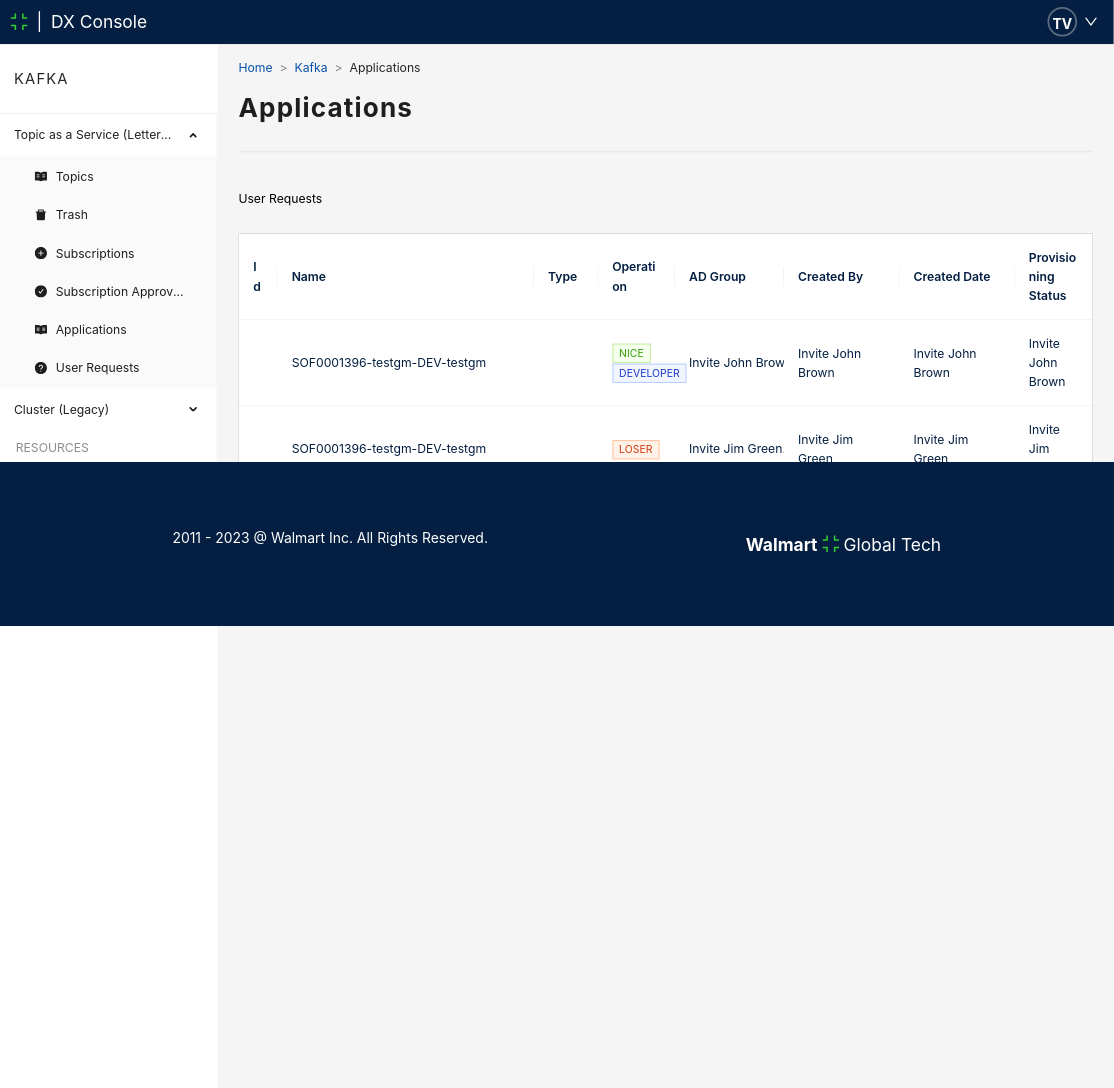
Repository: Qianying-Chai/kafka
Page: /kafka/requests
These files come from the project's save history. The page is drawn as it stood at one moment and after the next save; the edit follows.
The browser window is 1280 px wide. The pictures show the whole page, at 87% of full size.
The project was rebuilt for these pictures with package versions that can differ from the ones it lists, and the page was loaded fresh each time. Also part of the build but not shown: src/pages/Components/ComponentsInput.jsx, src/pages/Taas/Topics/Topics.jsx, src/pages/Taas/Trash/Style/Trash.css, src/pages/Taas/Trash/Trash.jsx, src/pages/Taas/SubscriptionApprovals/SubscriptionApprovals.jsx, src/pages/Taas/Subscriptions/SubscriptionsNonProxy/SubscriptionsNonProxy.jsx, src/pages/Taas/Subscriptions/SubscriptionsProxy/SubscriptionsProxy.jsx, src/pages/Taas/Applications/Applications.jsx and 7 more.

Above is the page before, as saved 2024-01-12 22:51:47.

### src/index.js
import React from "react";
import ReactDOM from "react-dom/client";
import App from "./App";
import { BrowserRouter } from "react-router-dom";
import { Provider } from "react-redux";
import store from "../src/redux/store";
import "./style/index.css";

const root = ReactDOM.createRoot(document.getElementById("root"));
root.render(
  <Provider store={store}>
    <BrowserRouter>
      <App />
    </BrowserRouter>
  </Provider>
);

### src/App.js
import Header from "./pages/common/Header";
import Sider from "./pages/common/Sider.jsx";
import categoryConstants from "./pages/common/categoryConstants";
import Topics from "./pages/Taas/Topics/Topics";
import Trash from "./pages/Taas/Trash/Trash";
import SubscriptionApprovals from "./pages/Taas/SubscriptionApprovals/SubscriptionApprovals";
import SubscriptionsNonProxy from "./pages/Taas/Subscriptions/SubscriptionsNonProxy/SubscriptionsNonProxy";
import SubscriptionsProxy from "./pages/Taas/Subscriptions/SubscriptionsProxy/SubscriptionsProxy";
import Applications from "./pages/Taas/Applications/Applications";
import UserRequests from "./pages/Taas/UserRequests/UserRequests";
import Clusters from "./pages/Cluster/Clusters";
import MigratedClusters from "./pages/Cluster/MigratedClusters";
import Subscription from "./pages/Cluster/Subscription";
import UserRequestsLegacy from "./pages/Cluster/UserRequestsLegacy";
import Support from "./pages/Resources/Support";
import Footer from "./pages/common/Footer";
import { Routes, Route } from "react-router-dom";
import { Layout } from "antd";

function App() {
  return (
    <div className="App">
      <Layout>
        <Header />
        <Layout>
          <Sider />
          <Layout
            style={{
              padding: "0 24px 24px",
              height: "fit-content",
            }}
          >
            <Routes>
              <Route
                path={`kafka/${categoryConstants.TOPICS.toLowerCase()}`}
                element={<Topics />}
              />
              <Route
                path={`kafka/${categoryConstants.TRASH.toLowerCase()}`}
                element={<Trash />}
              />
              <Route
                path={`kafka/${categoryConstants.SUBSCRIPTIONS.toLowerCase()}_active_tab=nonProxy`}
                element={<SubscriptionsNonProxy />}
              />
              <Route
                path={`kafka/${categoryConstants.SUBSCRIPTIONS.toLowerCase()}_active_tab=proxy`}
                element={<SubscriptionsProxy />}
              />
              <Route
                path={`kafka/subscriptionRequests`}
                element={<SubscriptionApprovals />}
              />
              <Route
                path={`kafka/${categoryConstants.APPLICATIONS.toLowerCase()}`}
                element={<Applications />}
              />
              <Route path={`kafka/requests`} element={<UserRequests />} />
              <Route
                path={`kafka/${categoryConstants.CLUSTERS.toLowerCase()}`}
                element={<Clusters />}
              />
              <Route
                path={`kafka/mps-clusters-subscriptions`}
                element={<MigratedClusters />}
              />
              <Route
                path={`kafka/${categoryConstants.SUBSCRIPTION.toLowerCase()}`}
                element={<Subscription />}
              />
              <Route
                path={`kafka/legacy-requests`}
                element={<UserRequestsLegacy />}
              />
              <Route
                path={`kafka/${categoryConstants.SUPPORT.toLowerCase()}`}
                element={<Support />}
              />
            </Routes>
          </Layout>
        </Layout>
        <Footer />
      </Layout>
    </div>
  );
}

export default App;

### src/redux/store.jsx
import { configureStore } from "@reduxjs/toolkit";
import reducer from "./reducer";
const store = configureStore({ reducer: reducer });
export default store;

### src/pages/common/Header.jsx
import React from "react";
import "./Style/Header.css";
import { CompressOutlined, UpOutlined, DownOutlined } from "@ant-design/icons";
import { Layout } from "antd";
import { useState } from "react";
const Header = () => {
  const [login, setLogin] = useState(true);

  return (
    <Layout>
      <Layout.Header className="header">
        <div className="header-content-left">
          <CompressOutlined className="header-left-icon" />
          <span className="header-left-divider">|</span>
          <span className="header-left-dx-console">DX Console </span>
        </div>
        <div className="header-content-right">
          <div className="user">
            <div className="user-icon">TV</div>
            {login ? (
              <DownOutlined
                className="login-button"
                onClick={() => {
                  setLogin((state) => !state);
                }}
              />
            ) : (
              <UpOutlined
                className="logout-button"
                onClick={() => {
                  setLogin((state) => !state);
                }}
              />
            )}
          </div>
          <div
            className="logout-pop-up"
            style={{
              display: login ? "none" : "block",
            }}
          >
            LOGOUT
          </div>
        </div>
      </Layout.Header>
    </Layout>
  );
};
export default Header;

### src/pages/common/Sider.jsx
import React from "react";
import { Link } from "react-router-dom";
import "./Style/Sider.css";
import {
  ReadFilled,
  DeleteFilled,
  PlusCircleFilled,
  CheckCircleFilled,
  QuestionCircleFilled,
  HddFilled,
  SettingFilled,
} from "@ant-design/icons";
import { Layout, Menu, theme, ConfigProvider } from "antd";
import categoryConstants from "./categoryConstants";

const Sider = () => {
  const {
    token: { colorBgContainer },
  } = theme.useToken();

  const items = [
    {
      key: "Topic as a Service (Lettera)",
      label: "Topic as a Service (Lettera)",
      children: [
        {
          key: "Topics",
          label: (
            <Link to={`kafka/${categoryConstants.TOPICS.toLowerCase()}`}>
              {categoryConstants.TOPICS}
            </Link>
          ),
          icon: React.createElement(ReadFilled),
        },
        {
          key: "Trash",
          label: (
            <Link to={`kafka/${categoryConstants.TRASH.toLowerCase()}`}>
              {categoryConstants.TRASH}
            </Link>
          ),
          icon: React.createElement(DeleteFilled),
        },
        {
          key: "Subscriptions",
          label: (
            <Link
              to={`kafka/${categoryConstants.SUBSCRIPTIONS.toLowerCase()}_active_tab=nonProxy`}
            >
              {categoryConstants.SUBSCRIPTIONS}
            </Link>
          ),
          icon: React.createElement(PlusCircleFilled),
        },
        {
          key: "Subscription Approvals",
          label: (
            <Link to={`kafka/subscriptionRequests`}>
              {categoryConstants.SUBSCRIPTIONS_APPROVALS.replace("_", " ")}
            </Link>
          ),
          icon: React.createElement(CheckCircleFilled),
        },
        {
          key: "Applications",
          label: (
            <Link to={`kafka/${categoryConstants.APPLICATIONS.toLowerCase()}`}>
              {categoryConstants.APPLICATIONS}
            </Link>
          ),
          icon: React.createElement(ReadFilled),
        },
        {
          key: "User Requests",
          label: (
            <Link to={`kafka/requests`}>
              {categoryConstants.USER_REQUESTS.replace("_", " ")}
            </Link>
          ),
          icon: React.createElement(QuestionCircleFilled),
        },
      ],
    },
    {
      label: <div>Cluster (Legacy)</div>,
      key: "Cluster (Legacy)",
      children: [
        {
          key: "Clusters",
          label: (
            <Link to={`kafka/${categoryConstants.CLUSTERS.toLowerCase()}`}>
              {categoryConstants.CLUSTERS}
            </Link>
          ),
          icon: React.createElement(HddFilled),
        },
        {
          key: "Migrated Clusters",
          label: (
            <Link to={`kafka/mps-clusters-subscriptions`}>
              {categoryConstants.MIGRATED_CLUSTERS.replace("_", " ")}
            </Link>
          ),
          icon: React.createElement(HddFilled),
        },
        {
          key: "Subscription",
          label: (
            <Link to={`kafka/${categoryConstants.SUBSCRIPTION.toLowerCase()}`}>
              {categoryConstants.SUBSCRIPTION}
            </Link>
          ),
          icon: React.createElement(PlusCircleFilled),
        },
        {
          key: "User Requests (Legacy)",
          label: (
            <Link to={`kafka/legacy-requests`}>User Requests (Legacy)</Link>
          ),
          icon: React.createElement(QuestionCircleFilled),
        },
      ],
    },
    {
      label: <div>RESOURCES</div>,
      type: "group",
      key: "RESOURCES",
      children: [
        {
          key: "Supprot",
          label: (
            <Link to={`kafka/${categoryConstants.SUPPORT.toLowerCase()}`}>
              {categoryConstants.SUPPORT}
            </Link>
          ),
          icon: React.createElement(SettingFilled),
        },
      ],
    },
  ];

  return (
    <ConfigProvider
      theme={{
        components: {
          Menu: {
            itemHoverBg: "",
            itemHoverColor: "#1890ff",
            padding: 30,
          },
          Tabs: {
            inkBarColor: "rgb(4, 31, 65)",
          },
        },
      }}
    >
      <Layout.Sider
        className="sider"
        width={"250px"}
        style={{
          background: colorBgContainer,
        }}
      >
        <div className="slider-top">
          <span className="slider-top-content">KAFKA</span>
        </div>
        <div
          style={{
            marginLeft: "-12px",
          }}
        >
          <div></div>
          <Menu
            mode="inline"
            items={items}
            defaultOpenKeys={["Topic as a Service (Lettera)", "RESOURCES"]}
            style={{
              color: "#041f41",
            }}
          />
        </div>
      </Layout.Sider>
    </ConfigProvider>
  );
};
export default Sider;

### src/pages/common/categoryConstants.jsx
const categoryConstants = {
  TOPICS: "Topics",
  TRASH: "Trash",
  SUBSCRIPTIONS: "Subscriptions",
  SUBSCRIPTIONS_APPROVALS: "Subscription Approvals",
  APPLICATIONS: "Applications",
  USER_REQUESTS: "User Requests",
  CLUSTERS: "Clusters",
  MIGRATED_CLUSTERS: "Migrated Clusters",
  SUBSCRIPTION: "Subscription",
  USERE_REQUESTS_LEGACY: "User Requests Legacy",
  SUPPORT: "Support",
};

export default categoryConstants;

### src/pages/Taas/UserRequests/UserRequests.jsx
import React from "react";
import ComponentsContent from "../../Components/ComponentsContent";

import ComponentsTable from "../../Components/ComponentsTable";
import ComponentsInput from "../../Components/ComponentsInput";
import ComponentsPagination from "../../Components/ComponentsPagination";
import categoryConstants from "../../common/categoryConstants";
import ComponentsTitle from "../../Components/ComponentsTitle";
import ComponentsBreadcrumb from "../../Components/ComponentsBreadcrumb";

import { Space, Tag } from "antd";

const UserRequests = () => {
  const columns = [
    {
      title: "Id",
      dataIndex: "Id",
      key: "Id",
      width: "6%",
      render: (text) => <a>{text}</a>,
    },
    {
      title: "Name",
      dataIndex: "Name",
      key: "Name",
      width: "40%",
      render: (_, record) => (
        <Space size="middle">
          <a> SOF0001396-testgm-DEV-testgm</a>
        </Space>
      ),
    },
    {
      title: "Type",
      dataIndex: "Type",
      key: "Type",
      width: "10%",
    },
    {
      title: "Operation",
      key: "Operation",
      dataIndex: "Operation",
      width: "12%",
      render: (_, { tags }) => (
        <>
          {tags.map((tag) => {
            let color = tag.length > 5 ? "geekblue" : "green";
            if (tag === "loser") {
              color = "volcano";
            }
            return (
              <Tag color={color} key={tag}>
                {tag.toUpperCase()}
              </Tag>
            );
          })}
        </>
      ),
    },
    {
      title: "AD Group",
      key: "AD Group",
      width: "17%",
      ellipsis: true,
      render: (_, record) => (
        <Space size="middle">
          <a>Invite {record.name}</a>
        </Space>
      ),
    },
    {
      title: "Created By",
      key: "Created By",
      width: "18%",
      render: (_, record) => (
        <Space size="middle">
          <a>Invite {record.name}</a>
        </Space>
      ),
    },
    {
      title: "Created Date",
      key: "Created Date",
      width: "18%",

      render: (_, record) => (
        <Space size="middle">
          <a>Invite {record.name}</a>
        </Space>
      ),
    },
    {
      title: "Provisioning Status",
      key: "Provisioning Status",
      width: "12%",
      render: (_, record) => (
        <Space size="middle">
          <a>Invite {record.name}</a>
        </Space>
      ),
    },
  ];
  const data = [
    {
      key: "1",
      name: "John Brown",
      age: 32,
      address: "New York No. 1 Lake Park",
      tags: ["nice", "developer"],
    },
    {
      key: "2",
      name: "Jim Green",
      age: 42,
      address: "London No. 1 Lake Park",
      tags: ["loser"],
    },
    {
      key: "3",
      name: "Joe Black",
      age: 32,
      address: "Sydney No. 1 Lake Park",
      tags: ["cool", "teacher"],
    },
  ];
  return (
    <>
      <div>
        <ComponentsBreadcrumb
          items={[
            {
              title: "Home",
            },
            {
              title: "Kafka",
            },
            {
              title: "Applications",
            },
          ]}
        />
        <div className="content-banner">
          <ComponentsTitle title={categoryConstants.APPLICATIONS} />
        </div>
      </div>
      {/* <ComponentsTi title={categoryConstants.USER_REQUESTS}> */}
      <p className="content-text">User Requests</p>
      <ComponentsTable columns={columns} data={data} />
      <ComponentsPagination defaultPageSize={25} total={25} />
      {/* </ComponentsTi> */}
    </>
  );
};
export default UserRequests;

### src/pages/common/Footer.jsx
import React from "react";
import { Layout } from "antd";
import { CompressOutlined } from "@ant-design/icons";
import "./Style/Footer.css";

const Footer = () => {
  return (
    <Layout.Footer className="footer">
      <div className="footer-text-left">
        2011 - 2023 @ Walmart Inc. All Rights Reserved.
      </div>
      <div className="footer-text-right">
        <span className="footer-text-right-walmart">Walmart</span>
        <CompressOutlined className="footer-icon" />
        <span className="footer-text-right-global-tech">Global Tech</span>
      </div>
    </Layout.Footer>
  );
};

export default Footer;

### src/redux/reducer.jsx
import { SET_PATH_NAME, SET_SELECTED_TAAS_SUBSCRIPTIONS } from "./constants";
const initialState = {
  pathName: "",
  selectedTaasSubscriptions: "nonProxy",
};
const reducer = (state = initialState, action) => {
  const { type, payload } = action;
  switch (type) {
    case SET_PATH_NAME:
      return { ...state, pathName: payload };
    case SET_SELECTED_TAAS_SUBSCRIPTIONS:
      return { ...state, selectedTaasSubscriptions: payload };
    default:
      return state;
  }
};

export default reducer;

### src/pages/common/Style/Header.css
.header {
  justify-content: space-between;
  padding: 0 12px;
  background-color: rgb(4, 31, 65);
  height: 51px;
  line-height: 51px;
  color: #ffffff;
}

.header,
.user {
  display: flex;
}

.header-content-left {
  font-size: 20px;
}

.header-left-icon {
  color: #32cd32;
}

.header-left-divider {
  margin: 0 10px;
}

.header-content-right {
  font-weight: bolder;
  flex-direction: column;
  font-size: 1rem;
  width: 76px;
  padding-left: 12px;
}

.user {
  margin: 8px 0px;
}
.user-icon {
  height: 34px;
  line-height: 34px;
  width: 34px;
  border-radius: 50%;
  text-align: center;
}
.user-icon,
.logout-pop-up {
  border: 2px solid rgba(225, 225, 225, 0.4);
}

.login-button,
.logout-button {
  padding-left: 8px;
}

.logout-pop-up {
  transition: all 10s ease-out;
  width: 100px;
  height: 60px;
  line-height: 60px;
  position: absolute;
  right: 0px;
  z-index: 999;
  font-size: 15px;
  letter-spacing: 1pt;
  text-align: center;
  justify-content: center;
  color: rgb(94, 91, 91);
  box-shadow: 0px 0px 4px 4px rgba(176, 174, 174, 0.4);
}

### src/pages/common/Style/Sider.css
.sider {
  min-height: 1200px;
}

.slider-top {
  height: 80px;
  border-bottom: 1px solid rgb(239, 239, 239);
}
.slider-top-content {
  height: 100%;
  display: flex;
  align-items: center;
  margin-left: 16px;
  letter-spacing: 1pt;
  font-size: 17px;
  color: #000000d9;
}

### src/pages/Components/ComponentsTable.jsx
import { ConfigProvider, Table } from "antd";

const ComponentsTable = (props) => {
  return (
    <ConfigProvider
      theme={{
        components: {
          Table: {
            headerBg: "#ffffff",
            headerColor: "#041F41",
          },
        },
        token: {
          colorLink: "rgb(4, 31, 65)",
          borderRadius: 0,
        },
      }}
    >
      <Table
        style={{ border: "1px solid	#d7d7d7", margin: "12px 0" }}
        columns={props.columns}
        dataSource={props.data}
        pagination={false}
      />
    </ConfigProvider>
  );
};

export default ComponentsTable;

### src/pages/Components/ComponentsPagination.jsx
import React from "react";
import { Pagination, ConfigProvider } from "antd";

const ComponentsPagination = (props) => {
  return (
    <>
      <ConfigProvider
        theme={{
          token: {
            borderRadius: 0,
          },
        }}
      >
        <Pagination
          defaultCurrent={1}
          size="small"
          showSizeChanger
          showQuickJumper={props.showQuickJumper}
          defaultPageSize={props.defaultPageSize}
          total={props.total}
          style={{ display: "flex", justifyContent: "end" }}
        />
      </ConfigProvider>
    </>
  );
};

export default ComponentsPagination;

### src/pages/Components/ComponentsBreadcrumb.jsx
import React from "react";
import { Breadcrumb, ConfigProvider } from "antd";

const ComponentsBreadcrumb = (props) => {
  return (
    <ConfigProvider
      theme={{
        components: {
          Breadcrumb: {
            lastItemColor: "#000000D9",
            linkColor: "#075179",
            itemColor: "#0751A9",
            linkHoverColor: "#F5F5F5",
          },
          token: {
            colorBgTextHover: "#F5F5F5",
          },
        },
      }}
    >
      <div>
        <Breadcrumb
          style={{
            margin: "16px 0",
          }}
          separator=">"
          items={props.items}
        ></Breadcrumb>
      </div>
    </ConfigProvider>
  );
};
export default ComponentsBreadcrumb;

### src/pages/Components/ComponentsTitle.jsx
import React from "react";
import { Typography, ConfigProvider } from "antd";
const { Title } = Typography;

const ComponentsTitle = (props) => {
  return (
    <>
      <ConfigProvider
        theme={{
          components: {
            token: {
              colorText: "#041E42",
            },
          },
        }}
      >
        <Title level={2} style={{ fontWeight: "bold" }}>
          {props.title}
        </Title>
      </ConfigProvider>
    </>
  );
};

export default ComponentsTitle;

### src/pages/common/Style/Footer.css
.footer {
  text-emphasis-style: center;
  background-color: #041f41;
  color: white;
  display: flex;
  justify-content: space-around;
  height: 189px;
  align-items: center;
  width: 100%;
  position: fixed;
  bottom: 0;
}

.footer-icon {
  font-size: 20px;
  color: #32cd32;
}

.footer-text-left {
  font-size: 16px;
  margin-bottom: 16px;
}

.footer-text-right {
  font-size: 20px;
}

.footer-text-right-walmart {
  font-weight: bold;
  padding-right: 5px;
}

.footer-text-right-global-tech {
  padding-left: 5px;
}

### src/redux/constants.jsx
const SET_PATH_NAME = "SET_PATH_NAME";
const SET_SELECTED_TAAS_SUBSCRIPTIONS = "SET_SELECTED_TAAS_SUBSCRIPTIONS";
export { SET_PATH_NAME };
export { SET_SELECTED_TAAS_SUBSCRIPTIONS };

### src/pages/common/Style/Content.css
.content-banner {
  height: 70px;
  display: flex;
  justify-content: space-between;
  background-color: #f5f5f5;
  color: #041e42;
  letter-spacing: 1pt;
  border-bottom: 1px solid rgba(167, 164, 164, 0.3);
  margin-bottom: 20px;
  padding-bottom: 15px;
}

.content-banner-button {
  background-color: #041f41;
  color: #ffffff;
}

.content-text {
  margin: 24px 0 20px;
}

### src/pages/Components/ComponentsContent.jsx
import React from "react";
import "../common/Style/Content.css";
import { Layout, theme } from "antd";

const ComponentsContent = (props) => {
  const {
    token: { colorBgContainer },
  } = theme.useToken();

  return (
    <div>
      <Layout.Content
        style={{
          padding: "20px 32px 32px",
          minHeight: 280,
          background: colorBgContainer,
        }}
        {...props}
      ></Layout.Content>
    </div>
  );
};
export default ComponentsContent;

Loaded but not shown: public/index.html (common file); src/style/index.css (common file)

After the next save:
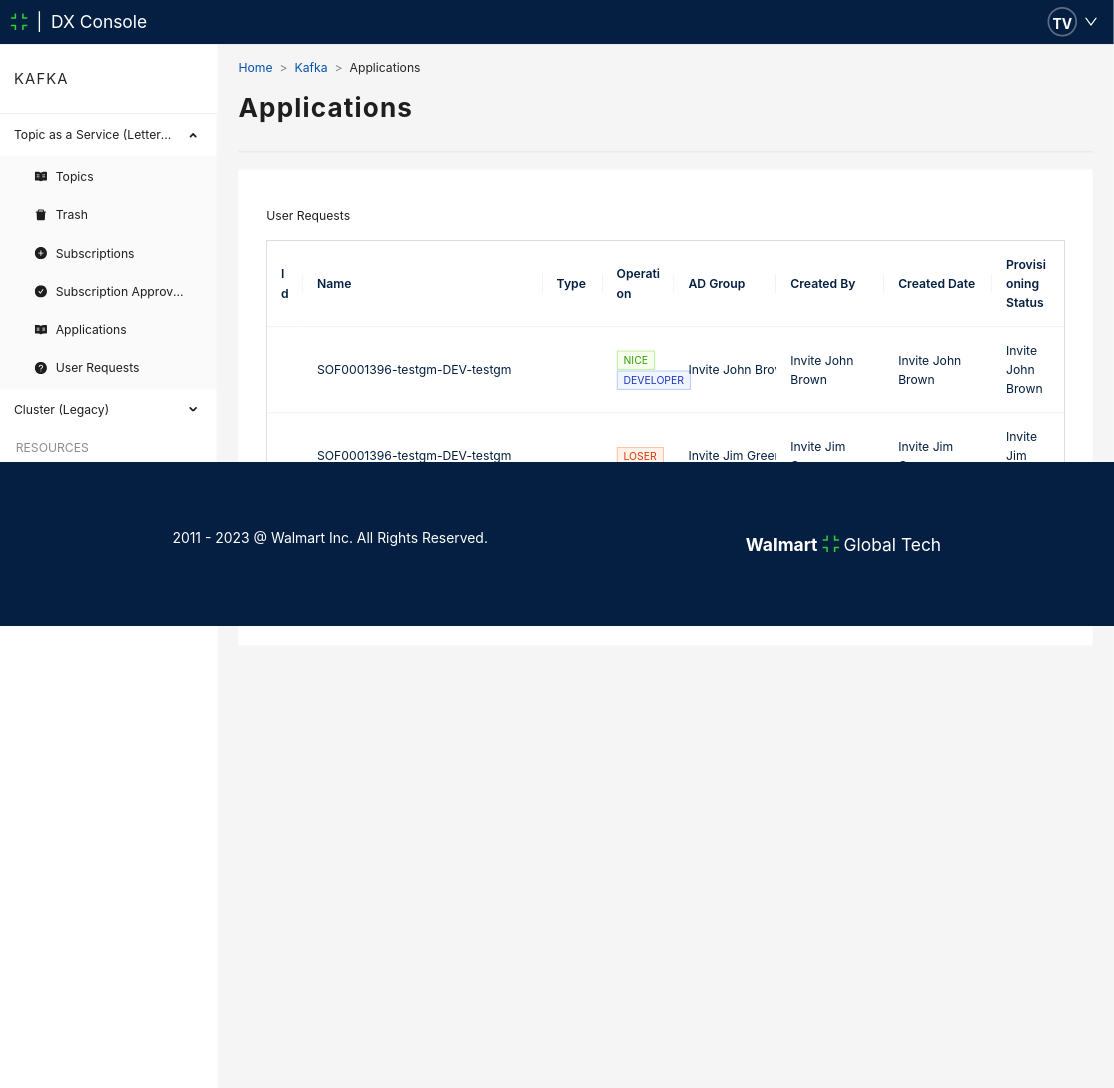
Saved 40 s later.
--- a/src/pages/Taas/UserRequests/UserRequests.jsx
+++ b/src/pages/Taas/UserRequests/UserRequests.jsx
@@ -143,11 +143,11 @@
           <ComponentsTitle title={categoryConstants.APPLICATIONS} />
         </div>
       </div>
-      {/* <ComponentsTi title={categoryConstants.USER_REQUESTS}> */}
-      <p className="content-text">User Requests</p>
-      <ComponentsTable columns={columns} data={data} />
-      <ComponentsPagination defaultPageSize={25} total={25} />
-      {/* </ComponentsTi> */}
+      <ComponentsContent>
+        <p className="content-text">User Requests</p>
+        <ComponentsTable columns={columns} data={data} />
+        <ComponentsPagination defaultPageSize={25} total={25} />
+      </ComponentsContent>
     </>
   );
 };
